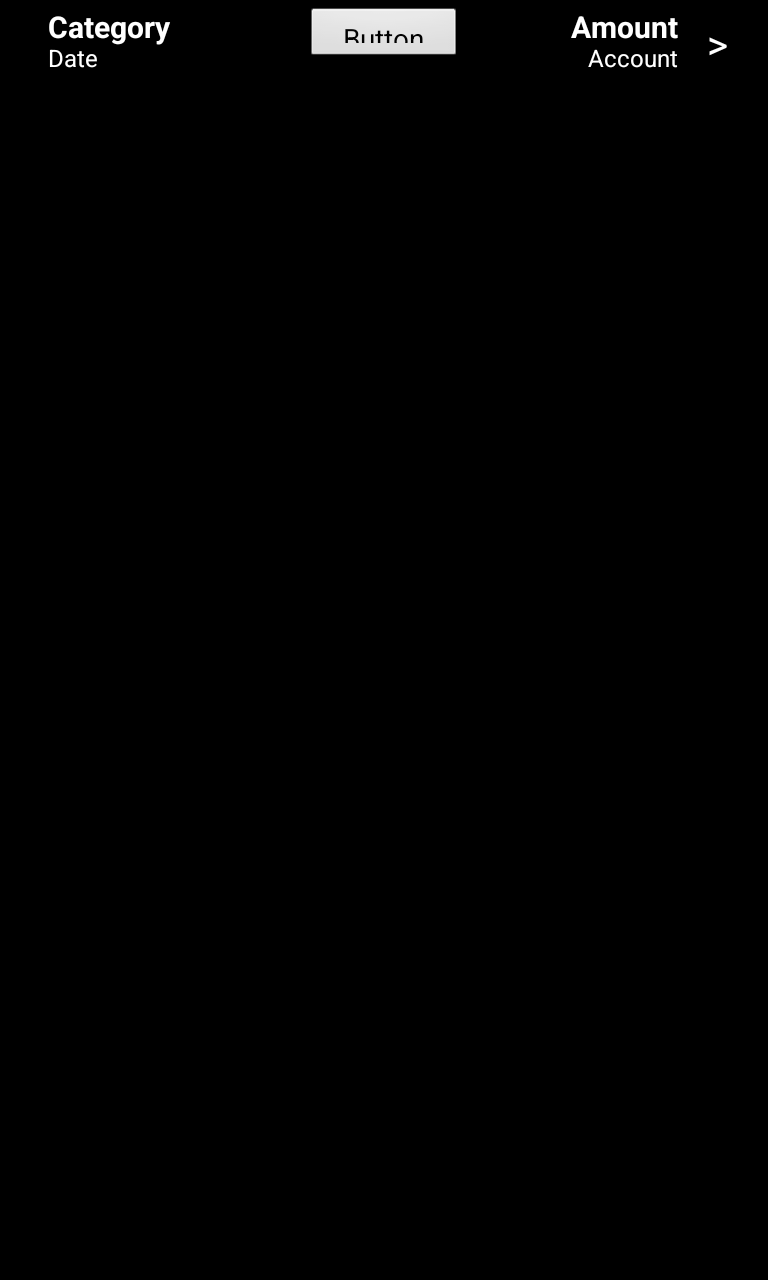
Repository: marlon-rodrigues/Nummus_Android
Layout: Nummus/res/layout/list_incexp.xml
The author's editor kept a copy of each file at every save. The layout is drawn from the files as they stood at one save, then again after the next save.
It is drawn on a 768 x 1280 px phone screen (xhdpi) without system bars, with theme AppTheme; the app's code is not run.

Above is the layout before, as saved 2012-08-25 19:30:59.

### Nummus/res/layout/list_incexp.xml
<?xml version="1.0" encoding="utf-8"?>
<RelativeLayout xmlns:android="http://schemas.android.com/apk/res/android"
    android:layout_width="match_parent"
    android:layout_height="match_parent" >

    <TextView
        android:id="@+id/textCategory"
        android:layout_width="wrap_content"
        android:layout_height="35dp"
        android:layout_alignParentLeft="true"
        android:layout_alignParentTop="false"
        android:layout_marginTop="3dp"
        android:layout_marginLeft="24dp"
        android:text="Category"
        android:textColor="#FFFFFF"
        android:textStyle="bold"
        android:textSize="15sp"/>

    <TextView
        android:id="@+id/textDate"
        android:layout_width="wrap_content"
        android:layout_height="wrap_content"
        android:layout_alignLeft="@+id/textCategory"
        android:layout_below="@+id/textCategory"
        android:layout_marginTop="-18dp"
        android:text="Date"
        android:textColor="#FFFFFF"
        android:textSize="12sp"/>

	<TextView
        android:id="@+id/textAmount"
        android:layout_width="wrap_content"
        android:layout_height="35dp"
        android:layout_alignParentRight="true"
        android:layout_alignParentTop="false"
        android:layout_marginTop="3dp"
        android:layout_marginRight="45dp"
        android:text="Amount"
        android:textColor="#FFFFFF"
        android:textStyle="bold"
        android:textSize="15sp"/>

    <TextView
        android:id="@+id/textAccount"
        android:layout_width="wrap_content"
        android:layout_height="wrap_content"
        android:layout_alignRight="@+id/textAmount"
        android:layout_below="@+id/textAmount"
        android:layout_marginTop="-18dp"
        android:text="Account"
        android:textColor="#FFFFFF"
        android:textSize="12sp"/>

	<TextView
        android:id="@+id/textDetail"
        android:layout_width="wrap_content"
        android:layout_height="wrap_content"
        android:layout_alignParentRight="true"
        android:layout_marginTop="8dp"
        android:layout_marginRight="20dp"
        android:text=">"
        android:textColor="#FFFFFF"
        android:textSize="20sp"/>

	<Button
	    android:id="@+id/buttonDeleteIncExp"
	    android:layout_width="80dp"
	    android:layout_height="30dp"
	    android:layout_alignTop="@+id/textAmount"
	    android:layout_centerHorizontal="true"
	    android:text="Button"
	    android:visibility="visible" />

</RelativeLayout>

### Nummus/res/values/styles.xml
<resources>
    <style name="AppTheme" parent="android:Theme.NoTitleBar.Fullscreen"></style>

</resources>

After the next save:
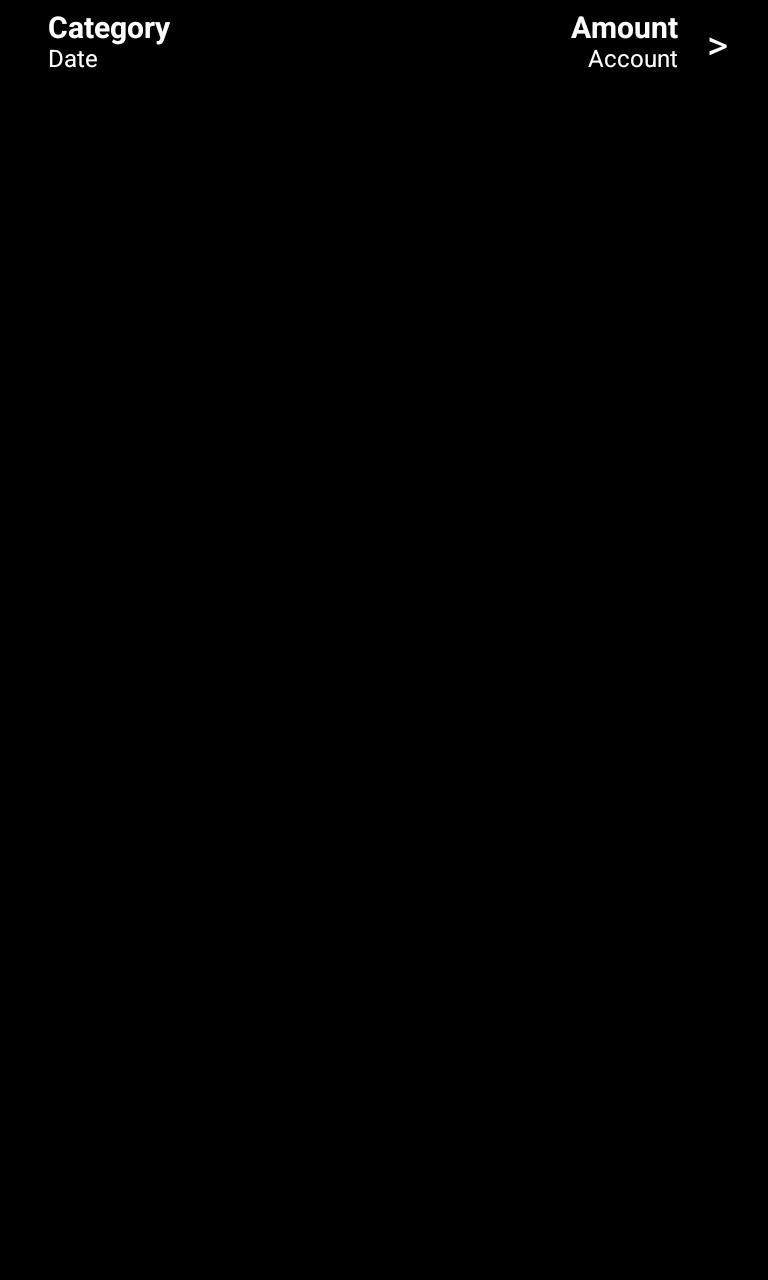
Saved 13 s later.
--- a/Nummus/res/layout/list_incexp.xml
+++ b/Nummus/res/layout/list_incexp.xml
@@ -62,13 +62,4 @@
         android:textColor="#FFFFFF"
         android:textSize="20sp"/>
 
-	<Button
-	    android:id="@+id/buttonDeleteIncExp"
-	    android:layout_width="80dp"
-	    android:layout_height="30dp"
-	    android:layout_alignTop="@+id/textAmount"
-	    android:layout_centerHorizontal="true"
-	    android:text="Button"
-	    android:visibility="visible" />
-
 </RelativeLayout>
